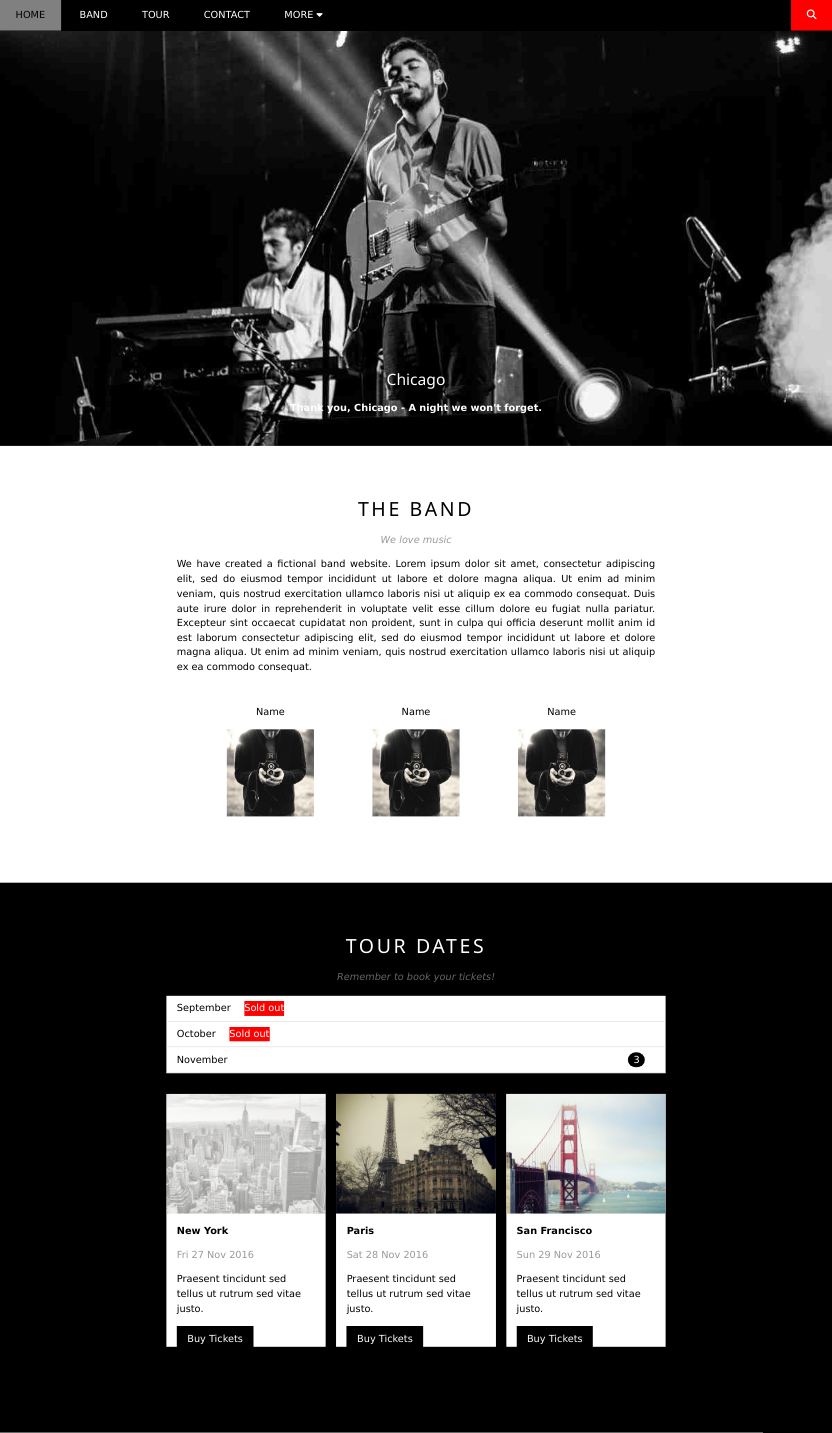
Repository: ngotranphuongbao/theband
Page: index.html
The author's editor kept a copy of each file at every save. The page is drawn from the files as they stood at one save, then again after the next save.
The browser window is 1280 px wide. The pictures show the whole page, at 65% of full size.
The pointer rests on the first visible `.location-photo`.
Some web libraries are served in a nearby version.

Above is the page before, as saved 2022-12-22 06:51:49.

After the next save:
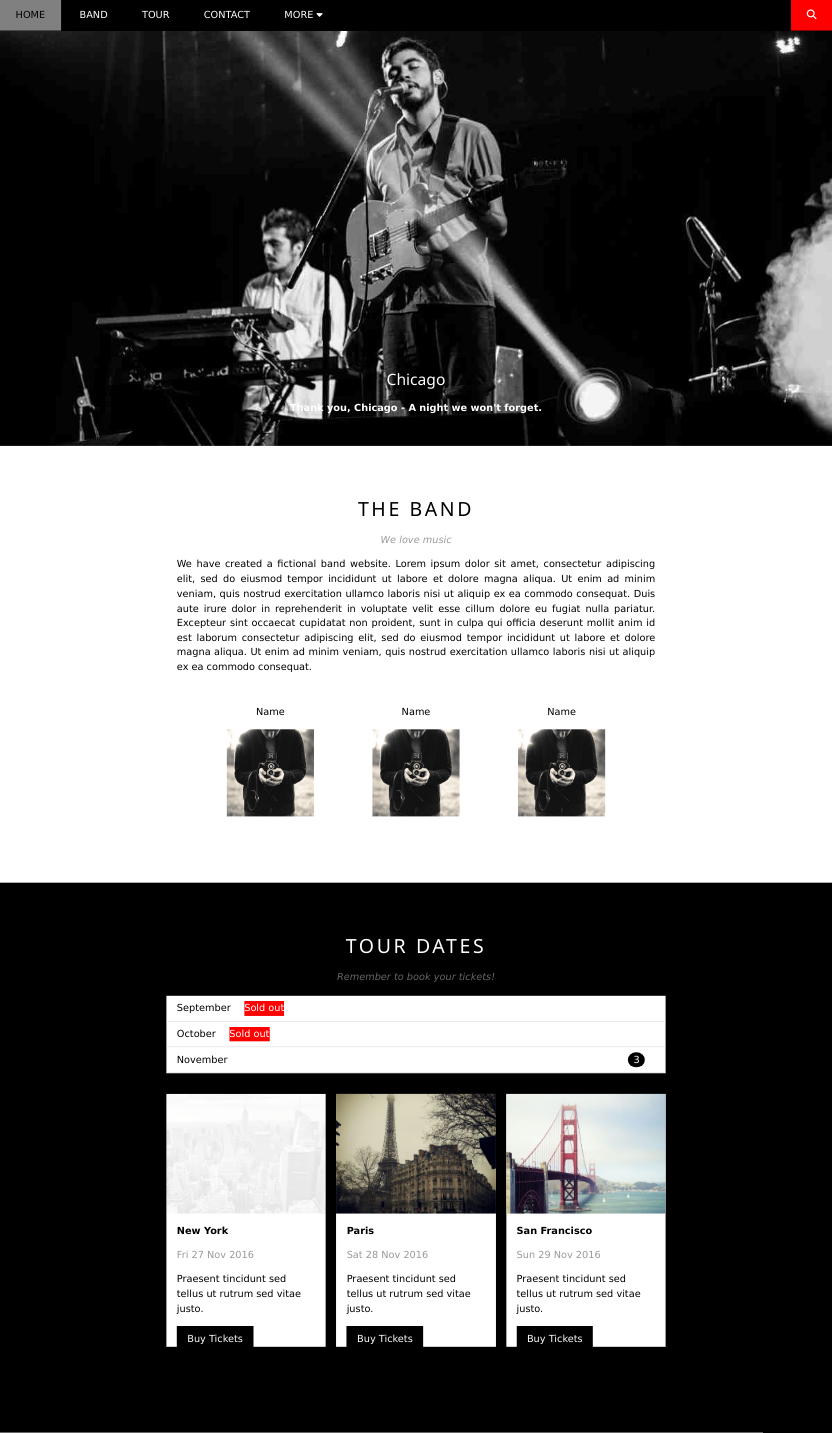
Saved 28 s later.
--- a/assets/css/style.css
+++ b/assets/css/style.css
@@ -240,7 +240,7 @@
 }
 
 .location-photo:hover {
-    opacity: 0.4;
+    opacity: 0.1;
 }
 
 .location-detail {
